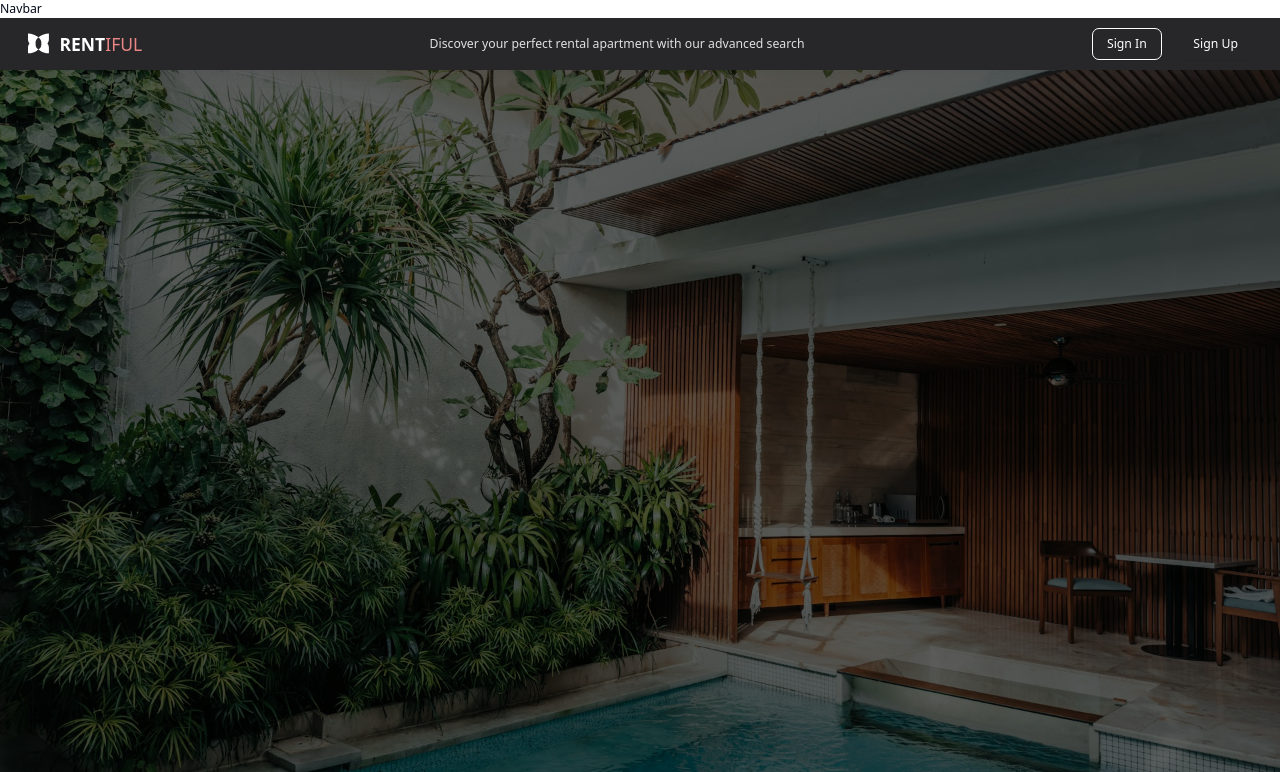
Repository: richiectr360/real-estate-prod
Page: /landing (app in client/)
These files come from the project's save history. The page is drawn as it stood at one moment and after the next save; the edit follows.
The browser window is 1280 px wide. The pictures show the whole page.
The page's requests for data from a server got no answer. The project was rebuilt for these pictures with package versions that can differ from the ones it lists, and the page was loaded fresh each time. The framework's server and built-in components were replaced by stand-ins that run in the browser. No one was signed in, and anything a server would have sent is missing. Also part of the build but not shown: client/next.config.ts.

Above is the page before, as saved 2025-05-21 21:01:55.

After the next save:
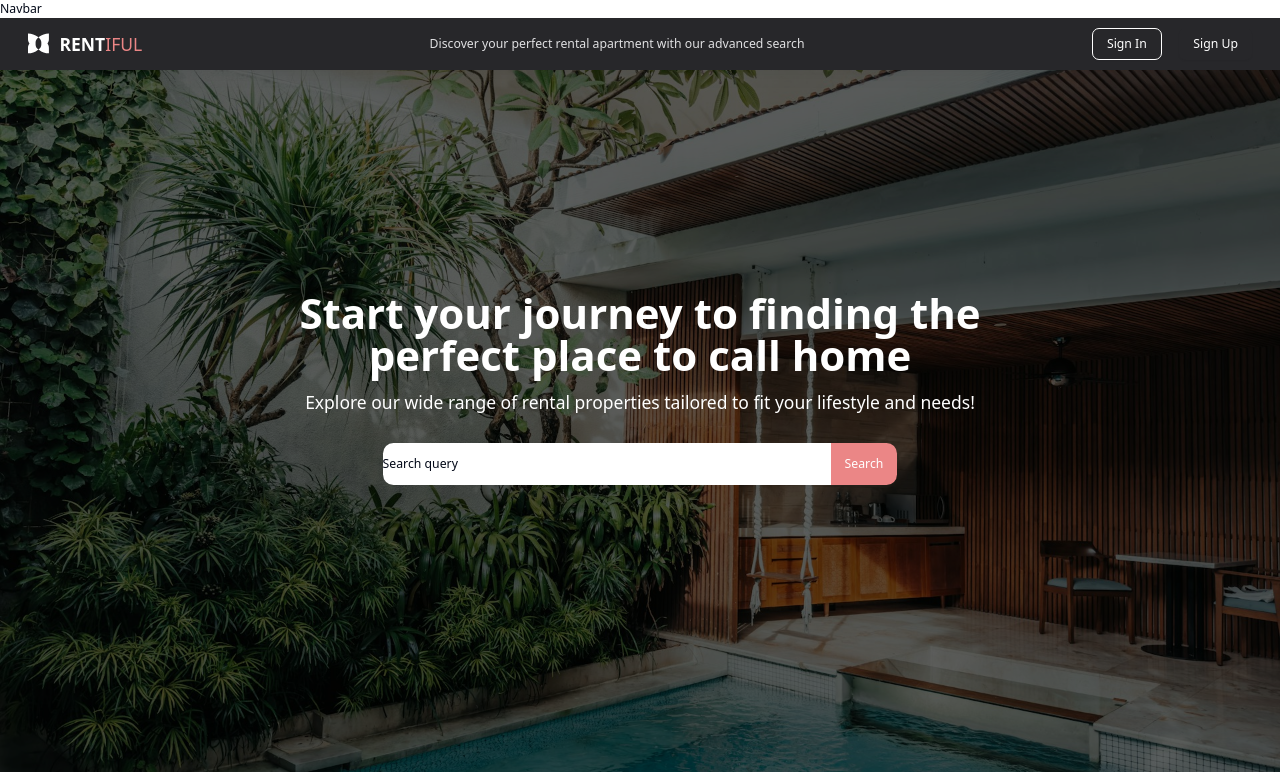
Saved 5 min 25 s later.
--- a/client/src/app/(nondashboard)/landing/HeroSection.tsx
+++ b/client/src/app/(nondashboard)/landing/HeroSection.tsx
@@ -110,7 +110,32 @@ const HeroSection = () => {
         priority
         />
         <div className='absolute inset-0 bg-black bg-opacity-60'>
-            <motion.div>
+            <motion.div
+            initial={{ opacity: 0, y: 20 }}
+            animate={{ opacity: 1, y: 0 }}
+            transition={{ duration: 0.8 }}
+            className='absolute top-1/3 transform -translate-x-1/2 -translate-y-1/2 text-center w-full'
+            >
+                <div className='max-w-4xl mx-auto px-16 sm:px-12'>
+                    <h1 className='text-5xl font-bold text-white mb-4'>
+                        Start your journey to finding the perfect place to call home
+                    </h1>
+                    <p className='text-xl text-white mb-8'>
+                        Explore our wide range of rental properties tailored to fit your lifestyle and needs!
+                    </p>
+                    <div className='flex justify-center'>
+                        <input
+                        type='text'
+                        value='Search query'
+                        onChange={(e) => console.log(e.target.value)}
+                        placeholder='Search by city, neighborhood or address'
+                        className='w-full max-w-lg rounded-none rounded-l-xl border-none bg-white h-12'
+                        />
+                        <button className='bg-secondary-500 text-white rounded-none rounded-r-xl border-none hover:bg-secondary-600 h-12 px-4'>
+                            Search
+                        </button>
+                    </div>
+                </div>
 
             </motion.div>
         </div>
